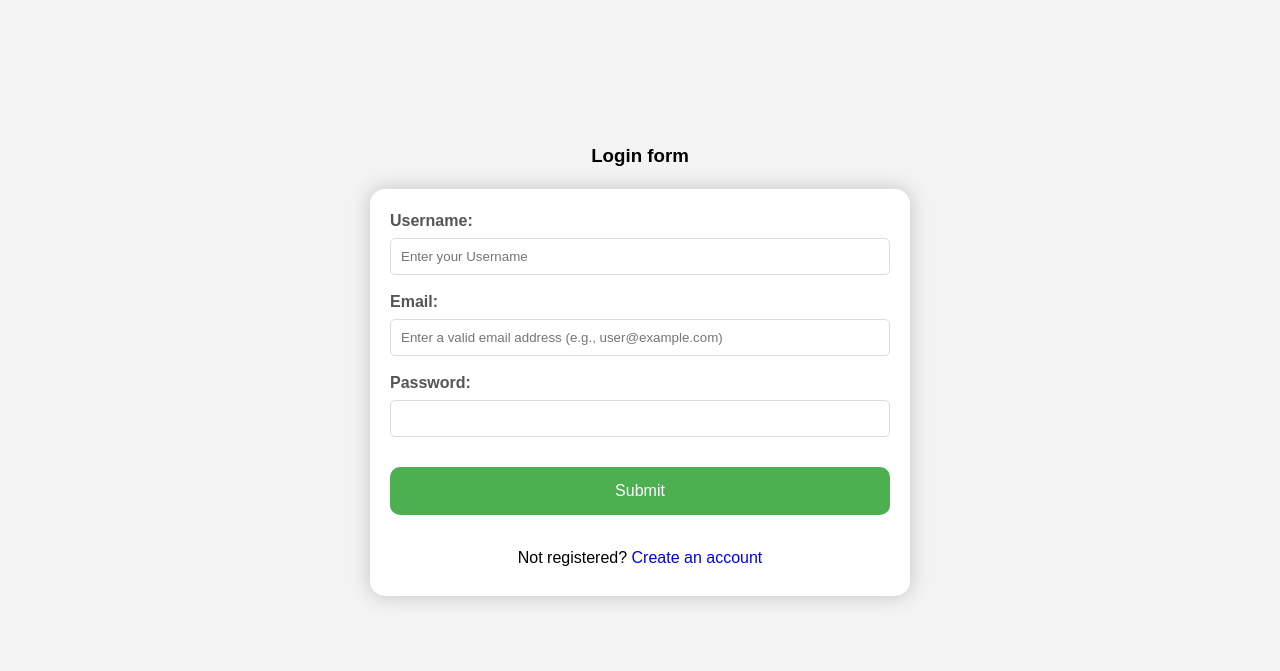
Repository: alizey12/Regestratin-Form-js
Page: signin.html
The author's editor kept a copy of each file at every save. The page is drawn from the files as they stood at one save, then again after a run of saves.
The browser window is 1280 px wide. The pictures show the whole page.

Above is the page before, as saved 2024-11-29 19:34:33.

After the next 3 saves:
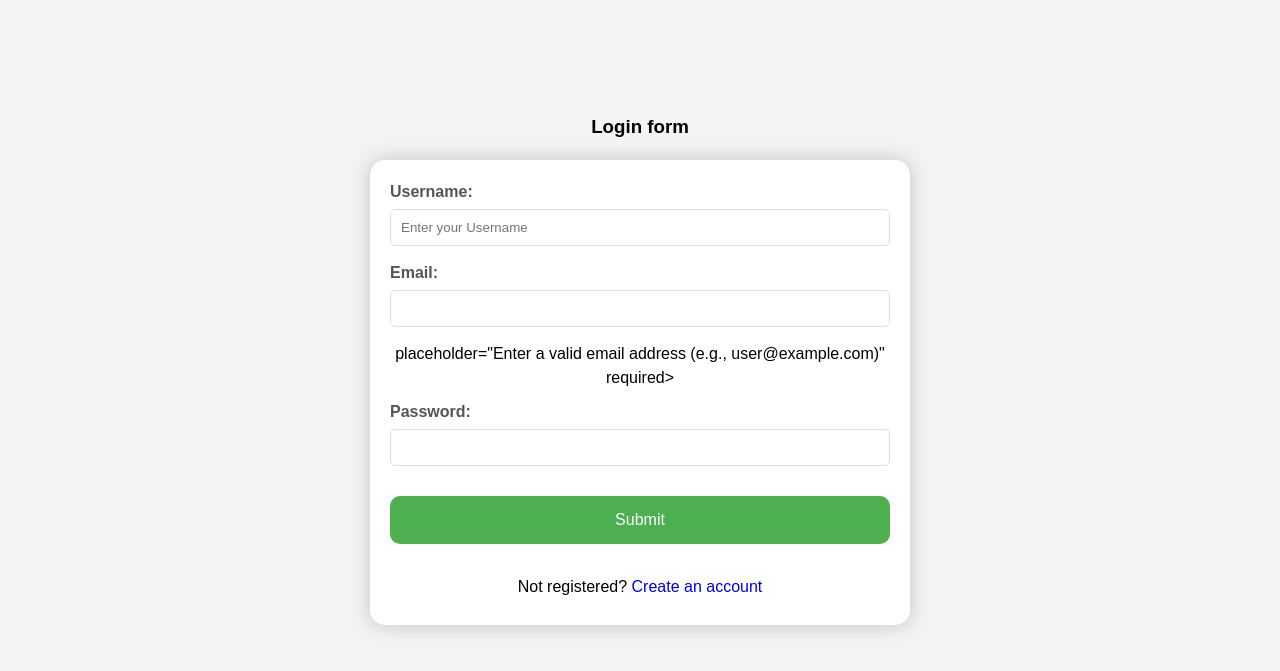
The 3 saves are shown as one change because they came seconds apart.
The last was saved 12 s later.
--- a/signin.html
+++ b/signin.html
@@ -22,7 +22,9 @@
                 Email:
             </label>
             <input type="email" id="email" name="email"
-            pattern="^[a-zA-Z0-9._%+-]+@[a-zA-Z0-9.-]+\.[a-zA-Z]{2,}$" placeholder="Enter a valid email address (e.g., user@example.com)" required>
+            <!-- pattern="^[a-zA-Z0-9._%+-]+@[a-zA-Z0-9.-]+\.[a-zA-Z]{2,}$" -->
+             placeholder="Enter a valid email address (e.g., user@example.com)"
+            required>
 
         <label for="password">
             Password:
